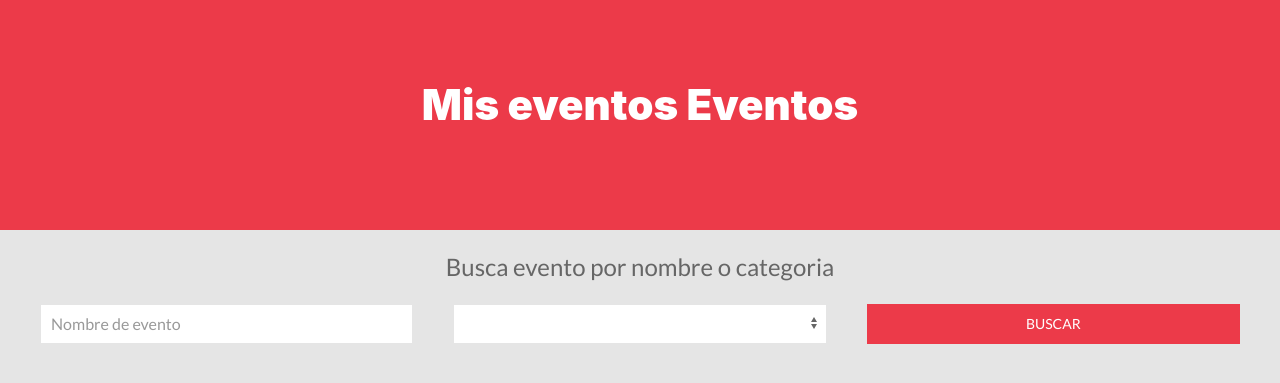
Repository: harrycampaz/eventos-reactjs
Page: /
The author's editor kept a copy of each file at every save. The page is drawn from the files as they stood at one save, then again after the next save.
The browser window is 1280 px wide. The pictures show the whole page.
The page's requests for data from a server got no answer. Some web libraries are served in a nearby version. The project was rebuilt for these pictures with package versions that can differ from the ones it lists, and the page was loaded fresh each time. No one was signed in, and anything a server would have sent is missing. Also part of the build but not shown: src/context/EventosContext.js.

Above is the page before, as saved 2020-01-17 16:26:06.

### public/index.html
<!DOCTYPE html>
<html lang="en">
  <head>
    <meta charset="utf-8" />
    <link rel="icon" href="%PUBLIC_URL%/favicon.ico" />
    <meta name="viewport" content="width=device-width, initial-scale=1" />
    <meta name="theme-color" content="#000000" />
    <meta
      name="description"
      content="Web site created using create-react-app"
    />
    <link rel="apple-touch-icon" href="%PUBLIC_URL%/logo192.png" />
    <!--
      manifest.json provides metadata used when your web app is installed on a
      user's mobile device or desktop. See https://developers.google.com/web/fundamentals/web-app-manifest/
    -->
    <link rel="manifest" href="%PUBLIC_URL%/manifest.json" />
    <link href="https://fonts.googleapis.com/css?family=Lato:400,900" rel="stylesheet">
    <link rel="stylesheet" href="https://cdnjs.cloudflare.com/ajax/libs/uikit/3.0.0-rc.6/css/uikit.min.css" />


    <!--
      Notice the use of %PUBLIC_URL% in the tags above.
      It will be replaced with the URL of the `public` folder during the build.
      Only files inside the `public` folder can be referenced from the HTML.

      Unlike "/favicon.ico" or "favicon.ico", "%PUBLIC_URL%/favicon.ico" will
      work correctly both with client-side routing and a non-root public URL.
      Learn how to configure a non-root public URL by running `npm run build`.
    -->
    <title>React App</title>
  </head>
  <body>
    <noscript>You need to enable JavaScript to run this app.</noscript>
    <div id="root"></div>
    <!--
      This HTML file is a template.
      If you open it directly in the browser, you will see an empty page.

      You can add webfonts, meta tags, or analytics to this file.
      The build step will place the bundled scripts into the <body> tag.

      To begin the development, run `npm start` or `yarn start`.
      To create a production bundle, use `npm run build` or `yarn build`.
    -->
    <script src="https://cdnjs.cloudflare.com/ajax/libs/uikit/3.0.0-rc.6/js/uikit.min.js"></script>
<script src="https://cdnjs.cloudflare.com/ajax/libs/uikit/3.0.0-rc.6/js/uikit-icons.min.js"></script>

  </body>
</html>

### src/index.css
html {
  height: 100%;
}
body {
  margin: 0;
  padding: 0;
  font-family: 'Lato', sans-serif;
  background-color: #e5e5e5;
  min-height: 100%;
}

header {
  background-color: #ec3a49;
  color: white;
  padding: 5rem 0;
}
h1 {
  color: white;
  font-weight: 900;
}
.uk-button {
  width: 100%;
  background-color: #ec3a49;
}

### src/App.js
import React from 'react';
import Header from './components/ui/Header';
import CategoriesProvider from './context/CategoriesContext'
import Search from './components/Search';


function App() {
  return (
    <CategoriesProvider>
      <Header/>
      <div className = "uk-container">
      <Search/>

      </div>

    </CategoriesProvider>
  );
}

export default App;

### src/components/ui/Header.js
import React from 'react';
import PropTypes from 'prop-types';

const Header = props => {
    return (

        <header  className="uk-margin" uk-margin = "true">
            <h1  className="uk-text-center"> Mis eventos Eventos </h1>
        </header>
    );
};

Header.propTypes = {

};

export default Header;

### src/context/CategoriesContext.js
import React, { Component } from 'react';
import {GLOBAL} from '../config/constants'
import axios from 'axios';

//Context
const  CategoriesContext = React.createContext();
export const CategoriesConsumer = CategoriesContext.Consumer;
class CategoriesProviders extends Component {

    token = GLOBAL.apiKey;

    state = {
        categories : []
    }
    componentDidMount(){
        this.getCategories();
    }

    getCategories = async () => {

        let url = `https://www.eventbriteapi.com/v3/categories/?token=${this.token}&locale=es_ES`;


        let categories= await axios.get(url);

        console.log(categories.data.categories);

        this.setState({
            categories: categories.data.categories
        })


    }
    render() {
        return (
          <CategoriesContext.Provider
          value = {{
             categories: this.state.categories
          }}
          >

              {this.props.children}

          </CategoriesContext.Provider>
        );
    }
}


export default CategoriesProviders;

### src/components/Search.js
import React, { Component } from "react";
import PropTypes from "prop-types";

import { CategoriesConsumer } from '../context/CategoriesContext';
import { EventosConsumer } from '../context/EventosContext';

class Search extends Component {
  state = {
    name: "",
    category: ""
  };
  render() {
    return (
      <form>
        <fieldset className="uk-fieldset uk-margin">
          <legend className="uk-legend uk-text-center">
            Busca evento por nombre o categoria
          </legend>
        </fieldset>

        <div className="uk-column-1-3@m uk-margin">
          <div className="uk-margin" uk-margin="true">
            <input
              name="name"
              className="uk-input"
              type="text"
              placeholder="Nombre de evento"
            />
          </div>
          <div className="uk-margin" uk-margin="true">
            <select className="uk-select" name="category">
            <CategoriesConsumer>
                                            {(value) => {
                                                return (
                                                    value.categories.map(category => (
                                                        <option key={category.id} value={category.id} data-uk-form-select>
                                                            {category.name_localized}
                                                        </option>
                                                    ))
                                                )
                                            }}
                                        </ CategoriesConsumer>
                                        </select>
          </div>

          <div>
            <input
              type="submit"
              className="uk-button uk-button-danger"
              value="Buscar"
            />
          </div>
        </div>
      </form>
    );
  }
}

Search.propTypes = {};

export default Search;

### src/config/constants.js
export const GLOBAL = {
    apiKey: "3UC7OOEM2PUS3H6EEJ4F"
}

Loaded but not shown: src/index.js (common file); src/serviceWorker.js (common file)

After the next save:
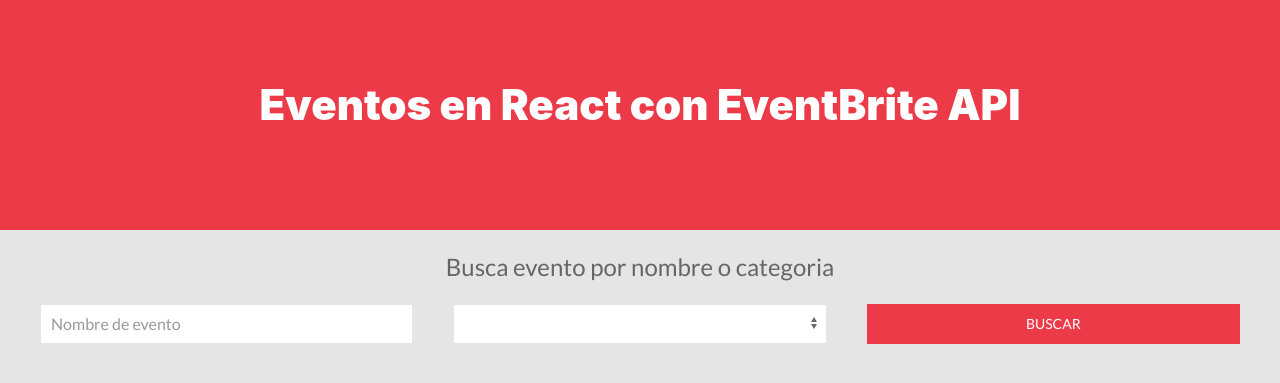
Saved 3 min 30 s later.
--- a/src/components/ui/Header.js
+++ b/src/components/ui/Header.js
@@ -1,17 +1,10 @@
 import React from 'react';
-import PropTypes from 'prop-types';
 
-const Header = props => {
-    return (
+const Header = () =>  (
+    <header className="uk-margin" uk-margin="true">
+        <h1 className="uk-text-center">Eventos en React con EventBrite API</h1>
+    </header>
+ );
 
-        <header  className="uk-margin" uk-margin = "true">
-            <h1  className="uk-text-center"> Mis eventos Eventos </h1>
-        </header>
-    );
-};
-
-Header.propTypes = {
-
-};
 
 export default Header;
